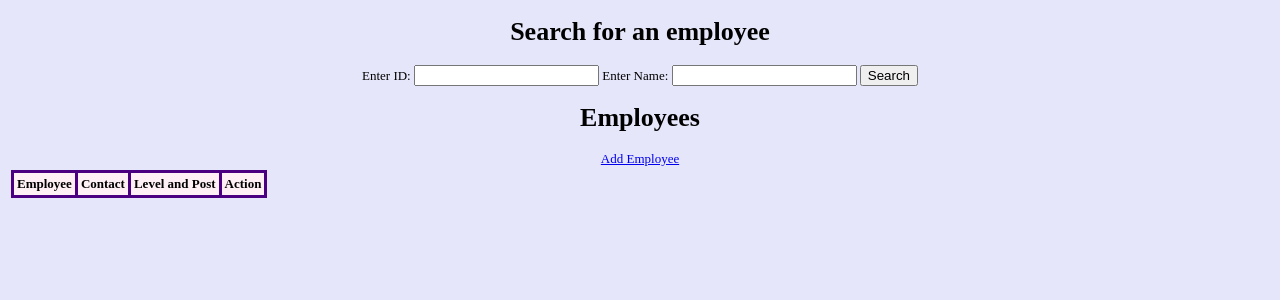
Repository: P9-Analyst-Java/employee-management-abhishekdatta12
Page: http://localhost/spring-expense-tracker/WEB-INF/views/home.jsp
An editor plug-in stored every save of this project. The page is shown before and after the next save, followed by the edit.
The browser window is 1280 px wide. The pictures show the whole page.
The page is served by Tomcat 9. Nobody is signed in. The template is opened directly, without the code that normally fills it, so the values that code supplies are empty.

Above is the page before, as saved 2023-02-21 05:20:28.

After the next save:
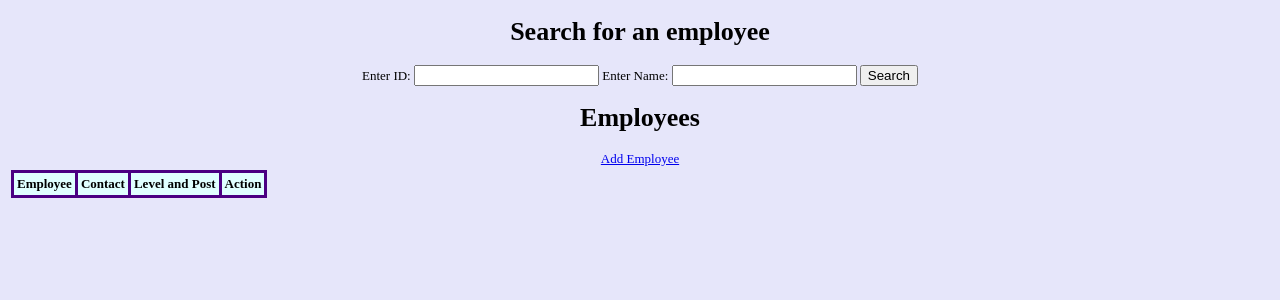
Saved 41 s later.
--- a/spring-portal/spring-expense-tracker/src/main/webapp/WEB-INF/views/home.jsp
+++ b/spring-portal/spring-expense-tracker/src/main/webapp/WEB-INF/views/home.jsp
@@ -20,9 +20,10 @@
 table{
 	margin-left: auto;
   	margin-right: auto;
+  	background-color: lavenderblush;
 }
 table, th, td{
-	background-color: lavenderblush;
+	background-color: lightcyan;
 	text-align: center;
 	border: 3px solid indigo;
 	border-collapse: collapse;

After the 2 saves that followed:
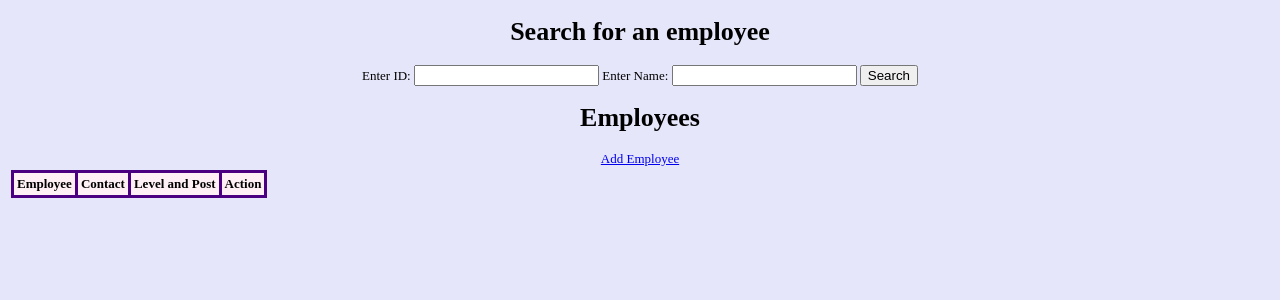
The 2 saves are shown as one change because 1 left the picture as it was.
The last was saved 32 s later.
--- a/spring-portal/spring-expense-tracker/src/main/webapp/WEB-INF/views/home.jsp
+++ b/spring-portal/spring-expense-tracker/src/main/webapp/WEB-INF/views/home.jsp
@@ -23,12 +23,15 @@
   	background-color: lavenderblush;
 }
 table, th, td{
-	background-color: lightcyan;
+
 	text-align: center;
 	border: 3px solid indigo;
 	border-collapse: collapse;
 	padding: 3px;
 	margin: 3px;
+}
+td{
+background-color: lightcyan;
 }
 </style>
 <meta charset="ISO-8859-1">
